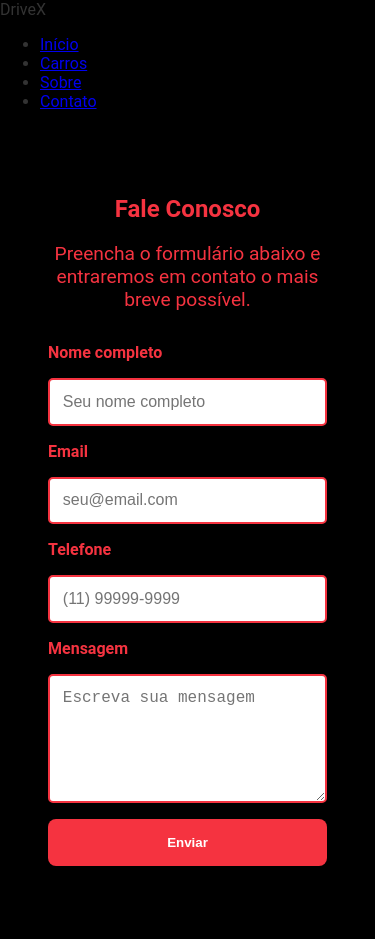
Repository: Mateushlp/DriveX
Page: contato.html
An editor plug-in stored every save of this project. The page is shown before and after the next save, followed by the edit.
The browser window is 375 px wide. The pictures show the part of the page from y = 0 to 939 px (the page is 1499 px tall before and 1444 px after).
Pictures or frames that could not be fetched are drawn as grey boxes.

Above is the page before, as saved 2025-06-23 22:52:25.

### contato.html
<!DOCTYPE html>
<html lang="pt-BR">
<head>
  <meta charset="UTF-8" />
  <meta name="viewport" content="width=device-width, initial-scale=1.0"/>
  <title>DriveX - Contato</title>
  <link rel="stylesheet" href="contatos.css" />
</head>
<body>
  <header>
    <div class="logo">Drive<span>X</span></div>
    <nav>
      <ul>
        <li><a href="index.html">Início</a></li>
        <li><a href="carros.html">Carros</a></li>
        <li><a href="sobre.html">Sobre</a></li>
        <li><a href="contato.html" class="ativo">Contato</a></li>
      </ul>
    </nav>
  </header>

  <main>
    <section class="contato-section">
      <h2>Fale Conosco</h2>
      <p>Preencha o formulário abaixo e entraremos em contato o mais breve possível.</p>

      <form id="form-contato">
        <label for="nome">Nome completo</label>
        <input type="text" id="nome" name="nome" required placeholder="Seu nome completo" />

        <label for="email">Email</label>
        <input type="email" id="email" name="email" required placeholder="seu@email.com" />

        <label for="telefone">Telefone</label>
        <input type="tel" id="telefone" name="telefone" placeholder="(11) 99999-9999" />

        <label for="mensagem">Mensagem</label>
        <textarea id="mensagem" name="mensagem" rows="5" required placeholder="Escreva sua mensagem"></textarea>

        <button type="submit" class="btn-enviar">Enviar</button>
      </form>

      <p id="resposta-contato" class="resposta"></p>
    </section>

    <section class="mapa-section">
      <h3>Onde estamos</h3>
      <iframe
        src="https://www.google.com/maps/embed?pb=!1m18!1m12!1m3!1d3656.910621564848!2d-46.65915618444137!3d-23.564723284678864!2m3!1f0!2f0!3f0!3m2!1i1024!2i768!4f13.1!3m3!1m2!1s0x94ce59b1ee1e495b%3A0x3995f41db290dede!2sAv.%20Paulista%2C%201313%20-%20Bela%20Vista%2C%20S%C3%A3o%20Paulo%20-%20SP!5e0!3m2!1spt-BR!2sbr!4v1687206503256!5m2!1spt-BR!2sbr"
        allowfullscreen=""
        loading="lazy"
        referrerpolicy="no-referrer-when-downgrade">
      </iframe>
    </section>
  </main>

  <footer class="rodape">
    <p>&copy; 2025 DriveX. Todos os direitos reservados.</p>
    <p>Contato: contato@drivex.com | (11) 99999-9999</p>
  </footer>

  <script src="contato.js"></script>
</body>
</html>

### contatos.css
body {
  font-family: 'Roboto', sans-serif;
  background: #f4f4f4;
  margin: 0;
  color: #333;
  background:#000
}


.cabecalho,
.container {
  display: flex;
  justify-content: space-between;
  align-items: center;
}

.menu {
  display: flex;
  justify-content: center;
  gap: 3.5rem;
  padding: 1.2rem 0;
  list-style: none;
}

.menu li a {
  color: #eee;
  font-weight: 700;
  font-size: 1.1rem;
  padding: 0.3rem 0.5rem;
  border-radius: 6px;
  transition: background-color 0.3s ease, color 0.3s ease;
}

.menu li a:hover {
  background-color: #f53340;
  color: #222;
  box-shadow: 0 2px 10px #f53340;
}

main {
  max-width: 900px;
  margin: 2rem auto;
  padding: 0 1rem;
}

.contato-section {
  background: #000;
  padding: 2rem;
  border-radius: 10px;
  box-shadow: 0 4px 10px rgba(0,0,0,0.1);
  margin-bottom: 2rem;
}

label{
    color: #f53340;
}


.contato-section h2 {
  margin-bottom: 1rem;
  text-align: center;
  color: #f53340;
}

.contato-section p {
  margin-bottom: 2rem;
  text-align: center;
  color: #f53340;
  font-size: 1.2rem;
}

form {
  display: flex;
  flex-direction: column;
  gap: 1rem;
}

label {
  font-weight: 600;
}

input[type="text"],
input[type="email"],
input[type="tel"],
textarea {
  padding: 0.8rem;
  border-radius: 5px;
  border: 2px solid #f53340;
  font-size: 1rem;
  resize: vertical;
}

textarea {
  min-height: 100px;
  color: #000;
}

.btn-enviar {
  background-color: #f53340;
  color: #fff;
  border: none;
  padding: 1rem;
  border-radius: 8px;
  font-weight: bold;
  cursor: pointer;
  transition: background-color 0.3s;
}

.btn-enviar:hover {
  background-color: #f53340;
}

.resposta {
  margin-top: 1rem;
  font-weight: 600;
  color: green;
  text-align: center;
}

.mapa-section {
  text-align: center;
}

.mapa-section h3 {
  margin-bottom: 1rem;
  color: #fff;
}

iframe {
  width: 100%;
  max-width: 600px;
  height: 400px;
  border: none;
  border-radius: 10px;
}

.rodape {
  margin-top: 1rem;
  color: #fff;
  font-size: 0.9rem;
}

/* Responsivo */
@media (max-width: 600px) {
  .container {
    flex-direction: column;
    gap: 1rem;
  }
}

strong {
  color: #f53340;
}

### contato.js
const formContato = document.getElementById('form-contato');
const respostaContato = document.getElementById('resposta-contato');

formContato.addEventListener('submit', (e) => {
  e.preventDefault();

  const nome = formContato.nome.value.trim();
  const email = formContato.email.value.trim();
  const telefone = formContato.telefone.value.trim();
  const mensagem = formContato.mensagem.value.trim();

  if(!nome || !email || !mensagem){
    respostaContato.style.color = 'red';
    respostaContato.textContent = 'Por favor preencha os campos obrigatórios: nome, email e mensagem.';
    return;
  }

  // Aqui você pode fazer um envio via fetch/ajax se quiser ou só mostrar a mensagem de sucesso
  respostaContato.style.color = 'green';
  respostaContato.textContent = `Obrigado ${nome} pelo contato. Responderemos em breve!`;

  formContato.reset();
});

After the next save:
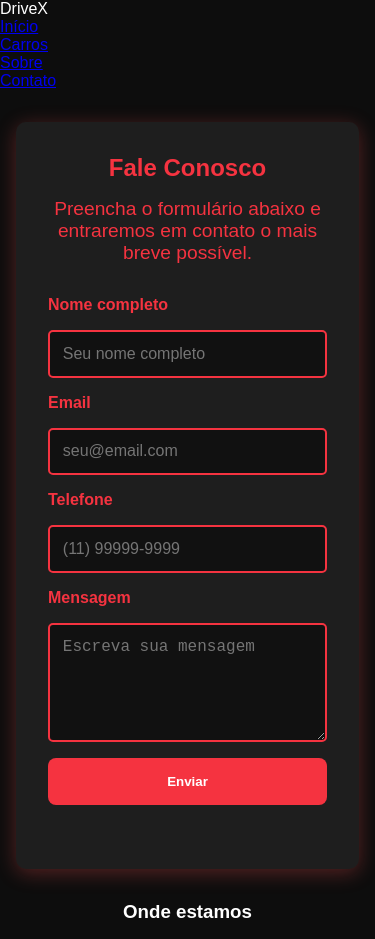
Saved 76 s later.
--- a/contatos.css
+++ b/contatos.css
@@ -1,42 +1,57 @@
-body {
-  font-family: 'Roboto', sans-serif;
-  background: #f4f4f4;
+/* Reset e base */
+* {
   margin: 0;
-  color: #333;
-  background:#000
+  padding: 0;
+  box-sizing: border-box;
 }
 
+body {
+  font-family: 'Arial', sans-serif;
+  background-color: #0d0d0d;
+  color: #fff;
+}
 
-.cabecalho,
-.container {
+/* Cabeçalho */
+.cabecalho {
   display: flex;
   justify-content: space-between;
   align-items: center;
+  padding: 20px 50px;
+  background-color: #000;
+}
+
+.cabecalho h1 {
+  font-size: 1.8rem;
+  font-weight: bold;
+  color: #fff;
+}
+
+.cabecalho h1 strong {
+  color: #f53340;
 }
 
 .menu {
   display: flex;
-  justify-content: center;
-  gap: 3.5rem;
-  padding: 1.2rem 0;
+  gap: 2rem;
   list-style: none;
 }
 
-.menu li a {
-  color: #eee;
-  font-weight: 700;
-  font-size: 1.1rem;
-  padding: 0.3rem 0.5rem;
+.menu a {
+  color: #fff;
+  text-decoration: none;
+  font-size: 1rem;
+  padding: 0.3rem 0.7rem;
   border-radius: 6px;
-  transition: background-color 0.3s ease, color 0.3s ease;
+  transition: background-color 0.3s ease;
 }
 
-.menu li a:hover {
+.menu a:hover,
+.menu .ativo {
   background-color: #f53340;
-  color: #222;
-  box-shadow: 0 2px 10px #f53340;
+  color: #000;
 }
 
+/* Main e seções */
 main {
   max-width: 900px;
   margin: 2rem auto;
@@ -44,28 +59,25 @@
 }
 
 .contato-section {
-  background: #000;
+  background: #1e1e1e;
   padding: 2rem;
   border-radius: 10px;
-  box-shadow: 0 4px 10px rgba(0,0,0,0.1);
+  box-shadow: 0 4px 20px rgba(255, 83, 83, 0.3);
   margin-bottom: 2rem;
 }
 
-label{
-    color: #f53340;
-}
-
-
-.contato-section h2 {
-  margin-bottom: 1rem;
+.contato-section h2,
+.contato-section p {
   text-align: center;
   color: #f53340;
 }
 
+.contato-section h2 {
+  margin-bottom: 1rem;
+}
+
 .contato-section p {
   margin-bottom: 2rem;
-  text-align: center;
-  color: #f53340;
   font-size: 1.2rem;
 }
 
@@ -76,7 +88,8 @@
 }
 
 label {
-  font-weight: 600;
+  color: #f53340;
+  font-weight: bold;
 }
 
 input[type="text"],
@@ -88,11 +101,12 @@
   border: 2px solid #f53340;
   font-size: 1rem;
   resize: vertical;
+  background: #111;
+  color: #fff;
 }
 
 textarea {
   min-height: 100px;
-  color: #000;
 }
 
 .btn-enviar {
@@ -107,7 +121,7 @@
 }
 
 .btn-enviar:hover {
-  background-color: #f53340;
+  background-color: #ff4a5a;
 }
 
 .resposta {
@@ -138,16 +152,14 @@
   margin-top: 1rem;
   color: #fff;
   font-size: 0.9rem;
+  text-align: center;
+  padding-bottom: 2rem;
 }
 
 /* Responsivo */
 @media (max-width: 600px) {
-  .container {
+  .cabecalho {
     flex-direction: column;
     gap: 1rem;
   }
 }
-
-strong {
-  color: #f53340;
-}
